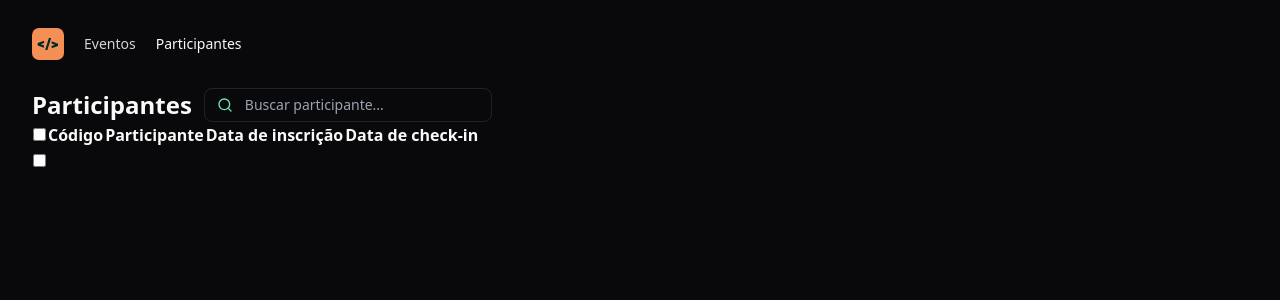
Repository: guilhermecardoso93/nlw-unite-react-2024
Page: /
An editor plug-in stored every save of this project. The page is shown before and after the next save, followed by the edit.
The browser window is 1280 px wide. The pictures show the whole page.
The project was rebuilt for these pictures with package versions that can differ from the ones it lists, and the page was loaded fresh each time. Also part of the build but not shown: vite.config.ts.

Above is the page before, as saved 2024-04-01 21:29:08.

### src/App.tsx
import { Header } from "./components/header";
import { AttendeeList } from "./components/attendee-list";

export function App() {

  return (
    <div className="max-w-[1216px] mx-auto py-5 flex flex-col gap-5">
      <Header />
      <AttendeeList />
    </div>
  )
}

### src/components/header.tsx
import Logo from "../assets/nlw-unite-icon.svg";

export function Header() {
  return (
    <div className="flex items-center gap-5 py-2">
      <img src={Logo} alt="logo" />

      <nav className="flex items-center gap-5">
        <a href="" className="font-medium text-sm text-zinc-300">Eventos</a>
        <a href="" className="font-medium text-sm">Participantes</a>
      </nav>
    </div>
  );
}

### src/components/attendee-list.tsx
import { Search } from "lucide-react";

export function AttendeeList() {
  return (
    <div>
      <div className="flex gap-3 items-center">
        <h1 className="text-2xl font-bold">Participantes</h1>
        <div className="px-3 py-1.5 border border-white/10 rounded-lg text-sm w-72 flex items-center gap-3">
          <Search className="size-4 text-emerald-300" />
          <input
            placeholder="Buscar participante..."
            className="bg-transparent flex-1 outline-none"
          />
        </div>
      </div>

      <table>
        <thead>
          <tr>
            <th>
              <input type="checkbox" />
            </th>
            <th>Código</th>
            <th>Participante</th>
            <th>Data de inscrição</th>
            <th>Data de check-in</th>
            <th></th>
          </tr>
        </thead>
        <tbody>
          <tr>
            <td>
              <input type="checkbox"/>
            </td>
          </tr>
        </tbody>
      </table>
    </div>
  );
}

### tailwind.config.js
/** @type {import('tailwindcss').Config} */
export default {
  content: [
    "./index.html",
    "./src/**/*.{js,ts,jsx,tsx}"
  ],
  theme: {
    extend: {},
  },
  plugins: [
    //require('@tailwindcss/forms')
  ],
}

Loaded but not shown: index.html (common file); src/main.tsx (common file); src/index.css (common file)

After the next save:
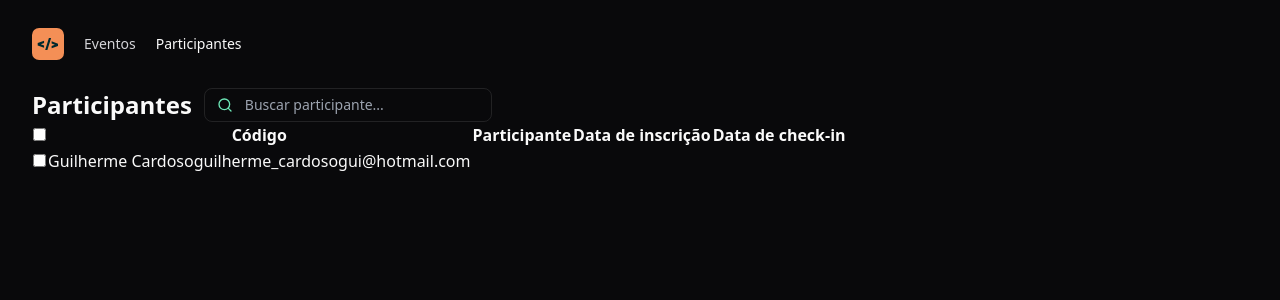
Saved 51 s later.
--- a/src/components/attendee-list.tsx
+++ b/src/components/attendee-list.tsx
@@ -32,6 +32,12 @@ export function AttendeeList() {
             <td>
               <input type="checkbox"/>
             </td>
+            <td>
+              <div>
+                <span>Guilherme Cardoso</span>
+                <span>guilherme_cardosogui@hotmail.com</span>
+              </div>
+            </td>
           </tr>
         </tbody>
       </table>
